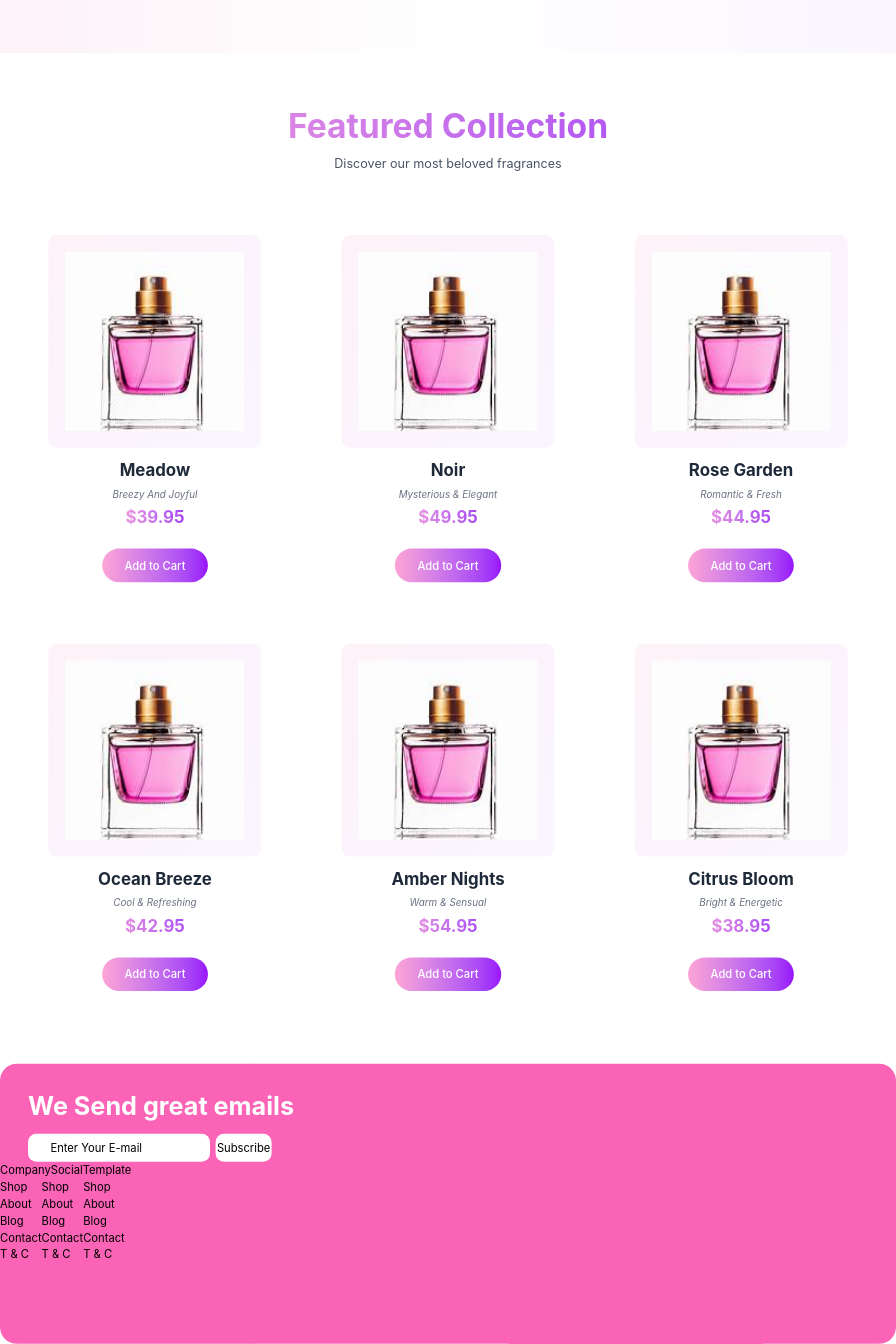
Repository: kiran2k5-ai/E-Commerce-Perfume
Page: /
An editor plug-in stored every save of this project. The page is shown before and after a run of saves, followed by the edit.
The browser window is 1280 px wide. The pictures show the part of the page from y = 904 to 2824 px (the page is 2824 px tall), at 70% of full size.
The project was rebuilt for these pictures with package versions that can differ from the ones it lists, and the page was loaded fresh each time. Also part of the build but not shown: vite.config.js.

Above is the page before, as saved 2026-02-04 12:51:14.

### index.html
<!doctype html>
<html lang="en">
  <head>
    <meta charset="UTF-8" />
    <link rel="icon" type="image/svg+xml" href="/vite.svg" />
    <meta name="viewport" content="width=device-width, initial-scale=1.0" />
    <title>perfume-ecommerce</title>
  </head>
  <body>
    <div id="root"></div>
    <script type="module" src="/src/main.jsx"></script>
  </body>
</html>

### src/index.css
@import "tailwindcss";

@layer base {
  * {
    scroll-behavior: smooth;
  }

  body {
    font-family: 'Inter', 'Segoe UI', Tahoma, Geneva, Verdana, sans-serif;
    -webkit-font-smoothing: antialiased;
    -moz-osx-font-smoothing: grayscale;
  }
}

@layer utilities {
  .animate-fade-in {
    animation: fadeIn 1.5s ease-in-out;
  }

  @keyframes fadeIn {
    from {
      opacity: 0;
      transform: translateY(30px);
    }
    to {
      opacity: 1;
      transform: translateY(0);
    }
  }
}

### src/App.jsx
import { useState } from 'react'
import './App.css'
import Navbar from './components/Navbar'
import Home from './pages/Home'

function App() {
  const [count, setCount] = useState(0)

  return (
    <>
      <Navbar></Navbar>
      <Home></Home>
    </>
  )
}

export default App

### src/components/Navbar.jsx
import React from 'react'

const Navbar = () => {
  return (
    <nav className=" fixed w-full bg-pink-100 z-50 left-0 md:px-16 py-4 rounded-4xl">
      <div className="flex items-center justify-between">

        <div className="flex gap-6">
          <a href="#" className="hover:underline">Shop</a>
          <a href="#" className="hover:underline">About</a>
        </div>

        <div className="font-semibold text-2xl">
          Perfume
        </div>

        <div className="flex gap-6">
          <a href="#" className="hover:underline">Blog</a>
          <a href="#" className="hover:underline">Contact</a>
        </div>

      </div>
    </nav>
  )
}

export default Navbar

### src/pages/Home.jsx
import React from 'react'
import { Swiper, SwiperSlide } from "swiper/react";
import { Mousewheel } from "swiper/modules";
import Gridbox from '../components/Gridbox';
import Footer from '../components/Footer';
import "swiper/css";

const Home = () => {
  const products = [
    { id: 1, name: "Meadow", description: "Breezy And Joyful", price: "$39.95", image: "src/images/image2.jpg" },
    { id: 2, name: "Noir", description: "Mysterious & Elegant", price: "$49.95", image: "src/images/image2.jpg" },
    { id: 3, name: "Rose Garden", description: "Romantic & Fresh", price: "$44.95", image: "src/images/image2.jpg" },
    { id: 4, name: "Ocean Breeze", description: "Cool & Refreshing", price: "$42.95", image: "src/images/image2.jpg" },
    { id: 5, name: "Amber Nights", description: "Warm & Sensual", price: "$54.95", image: "src/images/image2.jpg" },
    { id: 6, name: "Citrus Bloom", description: "Bright & Energetic", price: "$38.95", image: "src/images/image2.jpg" },
  ];

  return (
    <>
    {/* Hero Section */}
    <div className='relative h-screen overflow-hidden'>
      <div className="absolute inset-0 bg-gradient-to-br from-pink-200/30 via-purple-200/30 to-blue-200/30"></div>
      <img src="src\images\image3.jpg" alt="Hero" className='mt-10 absolute inset-0 w-full h-full object-cover mix-blend-overlay'/>
      <div className='absolute inset-0 flex flex-col items-center justify-center text-white px-6'>
        <h1 className='text-7xl md:text-7xl font-bold text-center leading-tight mb-6 animate-fade-in'>
          Elevate EveryDay<br />
          Moments To<br />
          <span className='bg-gradient-to-r from-pink-300 to-purple-300 bg-clip-text text-transparent'>Extraordinary</span>
        </h1>
        <p className='text-xl md:text-2xl text-gray-100 mt-4 font-light tracking-wide'>Discover Your Signature Scent</p>
        <button className='mt-10 px-10 py-4 bg-white text-gray-800 rounded-full font-semibold text-lg hover:bg-pink-100 hover:scale-105 transition-all duration-300 shadow-2xl'>
          Explore Collection
        </button>
      </div>
    </div>

    {/* Brand Showcase */}
    <div className="bg-gradient-to-r from-pink-50 via-white to-purple-50 py-20">
      <div className="max-w-7xl mx-auto px-8">
        <h2 className="text-center text-gray-400 uppercase tracking-widest text-sm mb-10 font-semibold">Featured Brands</h2>
        <div className="flex items-center justify-between flex-wrap gap-8 text-gray-700">
          <h1 className="font-light italic text-4xl hover:text-pink-600 transition-colors cursor-pointer">flow</h1>
          <h1 className="font-semibold tracking-wide text-4xl hover:text-pink-600 transition-colors cursor-pointer">NINO</h1>
          <h1 className="font-medium text-4xl hover:text-pink-600 transition-colors cursor-pointer">InTrend</h1>
          <h1 className="font-bold text-4xl hover:text-pink-600 transition-colors cursor-pointer">JUNE</h1>
          <h1 className="font-semibold tracking-widest text-4xl hover:text-pink-600 transition-colors cursor-pointer">ZINE</h1>
          <h1 className="font-extrabold text-4xl hover:text-pink-600 transition-colors cursor-pointer">MAX</h1>
        </div>
      </div>
    </div>

    {/* Featured Products Section */}
    <div className="bg-white py-20">
      <div className="max-w-7xl mx-auto px-8">
        <div className="text-center mb-16">
          <h2 className="text-5xl font-bold bg-gradient-to-r from-pink-300 to-purple-600 bg-clip-text text-transparent mb-4">
            Featured Collection
          </h2>
          <p className="text-gray-600 text-lg">Discover our most beloved fragrances</p>
        </div>

        <div className="grid grid-cols-1 md:grid-cols-2 lg:grid-cols-3 gap-10">
          {products.map((product) => (
            <Gridbox
              key={product.id}
              name={product.name}
              description={product.description}
              price={product.price}
              image={product.image}
            />
          ))}
        </div>
      </div>
    </div>
    <Footer></Footer>

    </>
  )
}

export default Home

### src/components/Gridbox.jsx
import React from 'react'

const Gridbox = ({ image, name, description, price }) => {
  return (
    <div className="group flex flex-col items-center text-center gap-4 p-6 rounded-2xl bg-white hover:shadow-2xl transition-all duration-500 transform hover:-translate-y-2">

      <div className="relative overflow-hidden rounded-xl bg-gradient-to-br from-pink-50 to-purple-50 p-6">
        <img
          src={image}
          alt={name}
          className="w-64 h-64 object-cover transition-transform duration-500 group-hover:scale-110"
        />
        <div className="absolute inset-0 bg-gradient-to-t from-black/10 to-transparent opacity-0 group-hover:opacity-100 transition-opacity duration-300"></div>
      </div>

      <div className="space-y-2">
        <h2 className="text-2xl font-bold text-gray-800">{name}</h2>
        <p className="text-sm text-gray-500 italic">{description}</p>
        <p className="text-2xl font-bold bg-gradient-to-r from-pink-300 to-purple-600 bg-clip-text text-transparent">{price}</p>
      </div>

      <button
        className="mt-3 px-8 py-3 bg-gradient-to-r from-pink-300 to-purple-600 text-white rounded-full hover:shadow-lg hover:scale-105 transition-all duration-300 font-medium"
      >
        Add to Cart
      </button>

    </div>
  )
}

export default Gridbox

### src/components/Footer.jsx
import React from 'react'

const Footer = () => {
  return (
    <div className='flex justify-center'>
      <div className='h-100 w-350 bg-pink-400 rounded-3xl'>
        <div className='mt-10 ml-10 '>
            <h2 className='font-bold text-4xl  text-white'>We Send great emails</h2>
            <div className='flex flex-row gap-2 mt-5'>
            <input type="text" className='bg-white rounded-xl w-65 h-10 px-3 placeholder-black placeholder:px-5 hover:bg-none' placeholder='Enter Your E-mail'/>
            <button className=' bg-white w-20 h-10 rounded-xl text-black hover:bg-gradient-to-r from-pink-300 to-purple-600'>Subscribe</button>
            </div>
        </div>
        <div>
            <div className='flex flex-row'>
                <h1>Company</h1>
                <h1>Social</h1>
                <h1>Template</h1>
            </div>
            <div className='flex flex-row'>
                <div className = 'flex flex-col'>
                    <a href="">Shop</a>
                    <a href="">About </a>
                    <a href="">Blog</a>
                    <a href="">Contact</a>
                    <a href="">T & C</a>
                </div>
                <div className = 'flex flex-col'>
                    <a href="">Shop</a>
                    <a href="">About </a>
                    <a href="">Blog</a>
                    <a href="">Contact</a>
                    <a href="">T & C</a>
                </div >
                <div className = 'flex flex-col'>
                    <a href="">Shop</a>
                    <a href="">About </a>
                    <a href="">Blog</a>
                    <a href="">Contact</a>
                    <a href="">T & C</a>
                </div>
            </div>
        </div>
      </div>
    </div>
  )
}

export default Footer

Loaded but not shown: src/main.jsx (common file); src/App.css (common file)

After the next 2 saves:
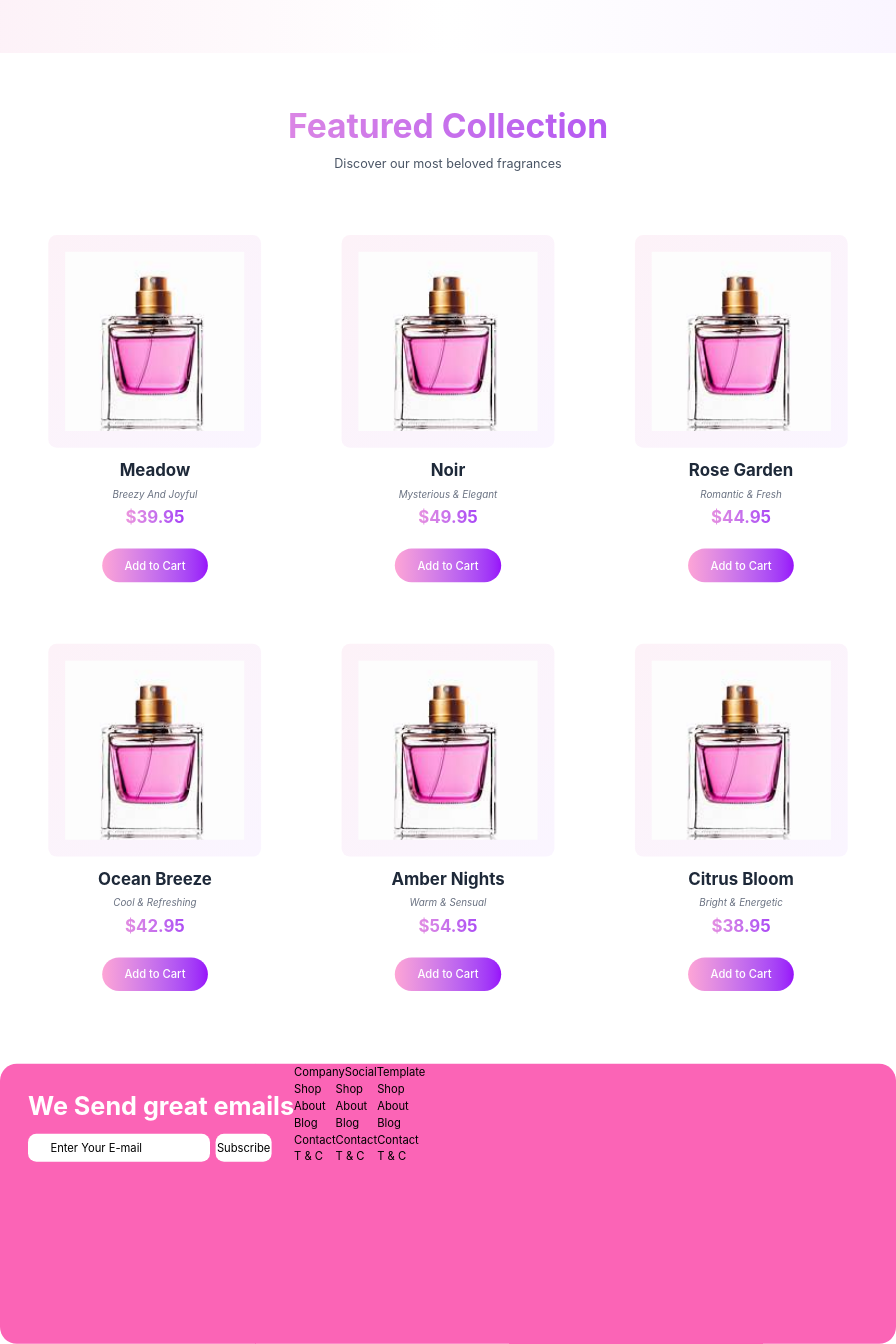
The 2 saves are shown as one change because they came seconds apart.
The last was saved 14 s later.
--- a/src/components/Footer.jsx
+++ b/src/components/Footer.jsx
@@ -3,7 +3,7 @@ import React from 'react'
 const Footer = () => {
   return (
     <div className='flex justify-center'>
-      <div className='h-100 w-350 bg-pink-400 rounded-3xl'>
+      <div className='h-100 w-350 bg-pink-400 rounded-3xl flex flex-row'>
         <div className='mt-10 ml-10 '>
             <h2 className='font-bold text-4xl  text-white'>We Send great emails</h2>
             <div className='flex flex-row gap-2 mt-5'>
